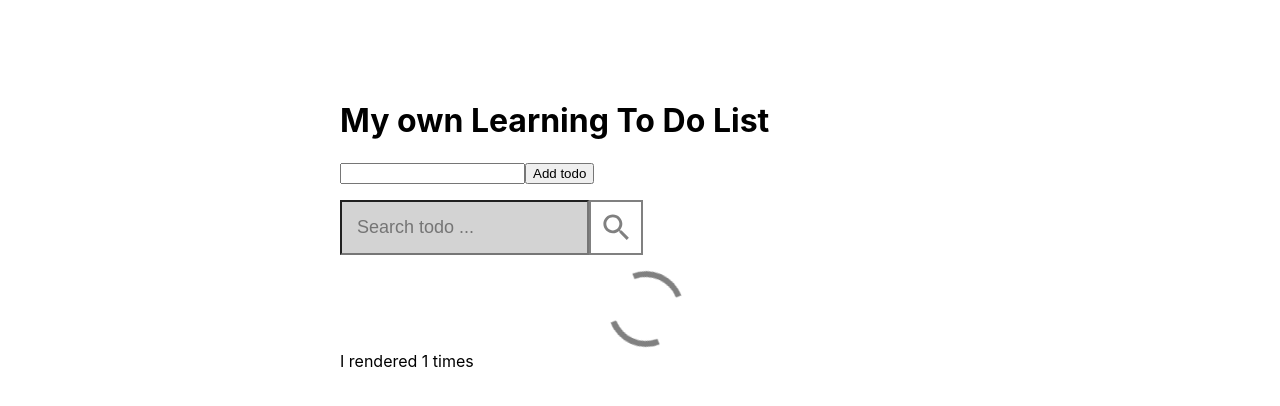
Repository: ArusyakAghajanyan/To-Do
Page: /
These files come from the project's save history. The page is drawn as it stood at one moment and after the next save; the edit follows.
The browser window is 1280 px wide. The pictures show the whole page.
The page's requests for data from a server got no answer. The project was rebuilt for these pictures with package versions that can differ from the ones it lists, and the page was loaded fresh each time. No one was signed in, and anything a server would have sent is missing. Also part of the build but not shown: src/Todo/TodoItem.js, src/Todo/TodoList.js.

Above is the page before, as saved 2022-03-16 16:24:24.

After the next save:
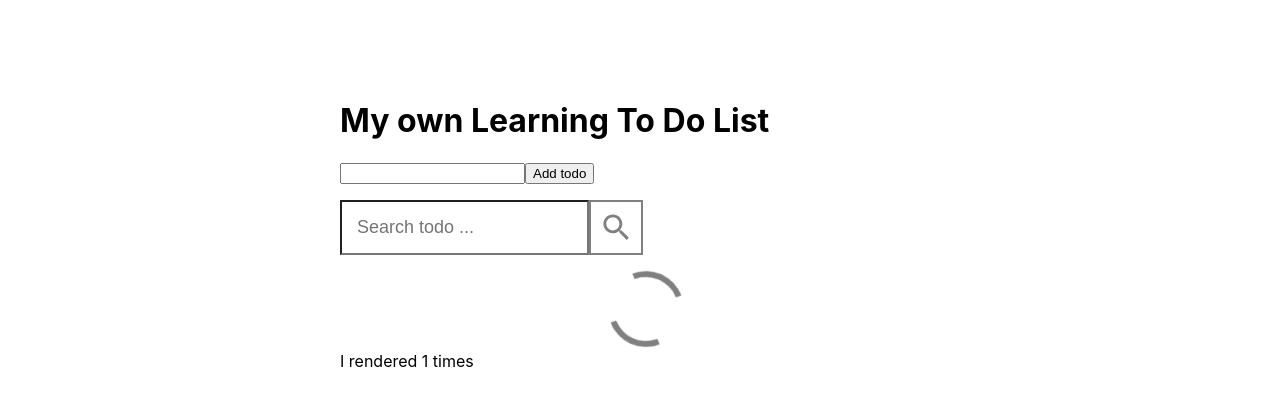
Saved 87 s later.
--- a/src/Search/SearchBar.css
+++ b/src/Search/SearchBar.css
@@ -4,7 +4,7 @@
   }
 
   .search input{
-    background-color: lightgray;
+    background-color: white;
     border-top-right-radius: 0px;
     border-bottom-right-radius: 0px;
     font-size: 18px;
